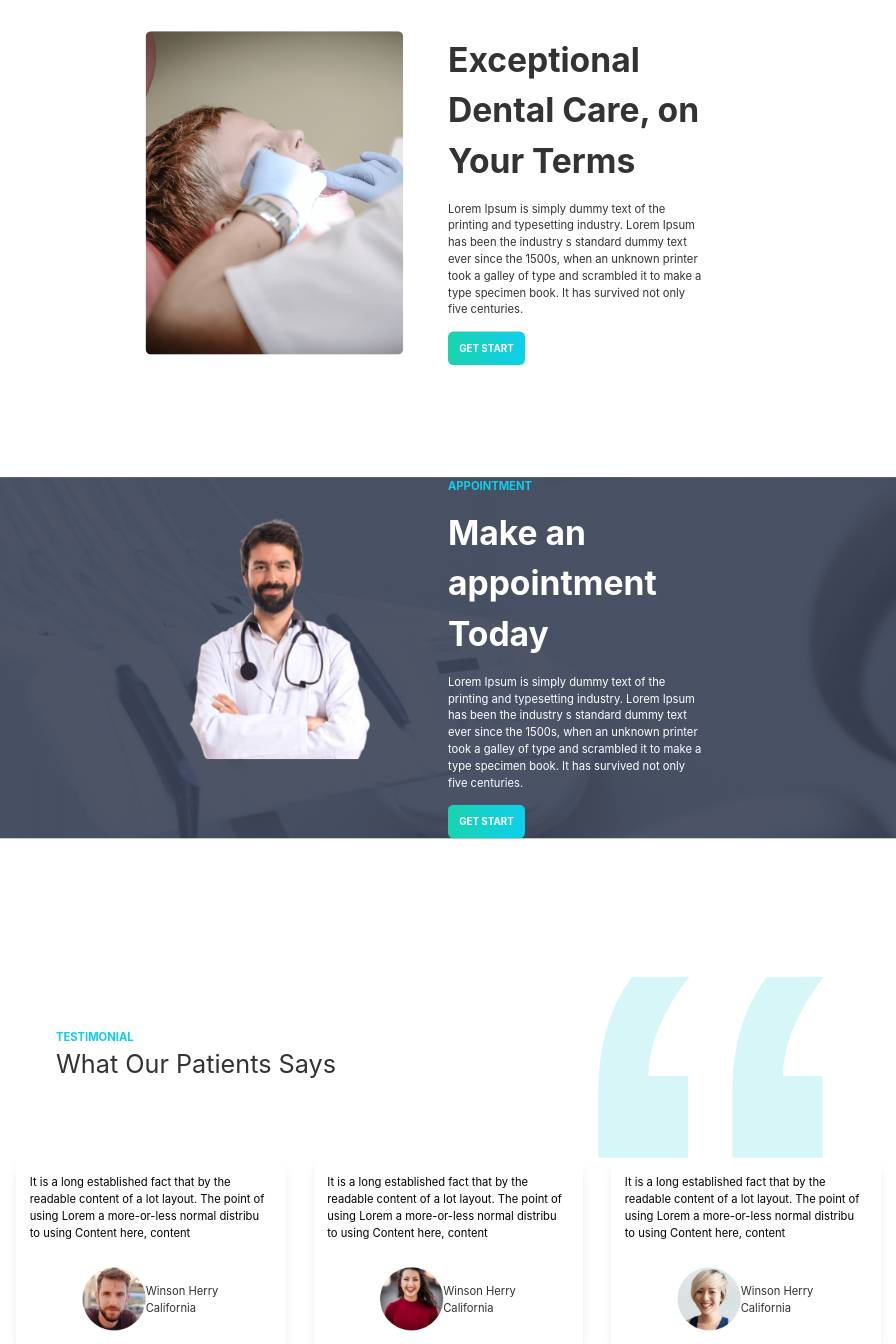
Repository: shikubro90/doctorsportal
Page: /
The author's editor kept a copy of each file at every save. The page is drawn from the files as they stood at one save, then again after a run of saves.
The browser window is 1280 px wide. The pictures show the part of the page from y = 1762 to 3682 px (the page is 3682 px tall), at 70% of full size.
The project was rebuilt for these pictures with package versions that can differ from the ones it lists, and the page was loaded fresh each time. Also part of the build but not shown: src/App.css, src/Pages/About/About.jsx.

Above is the page before, as saved 2022-10-02 10:10:02.

After the next 2 saves:
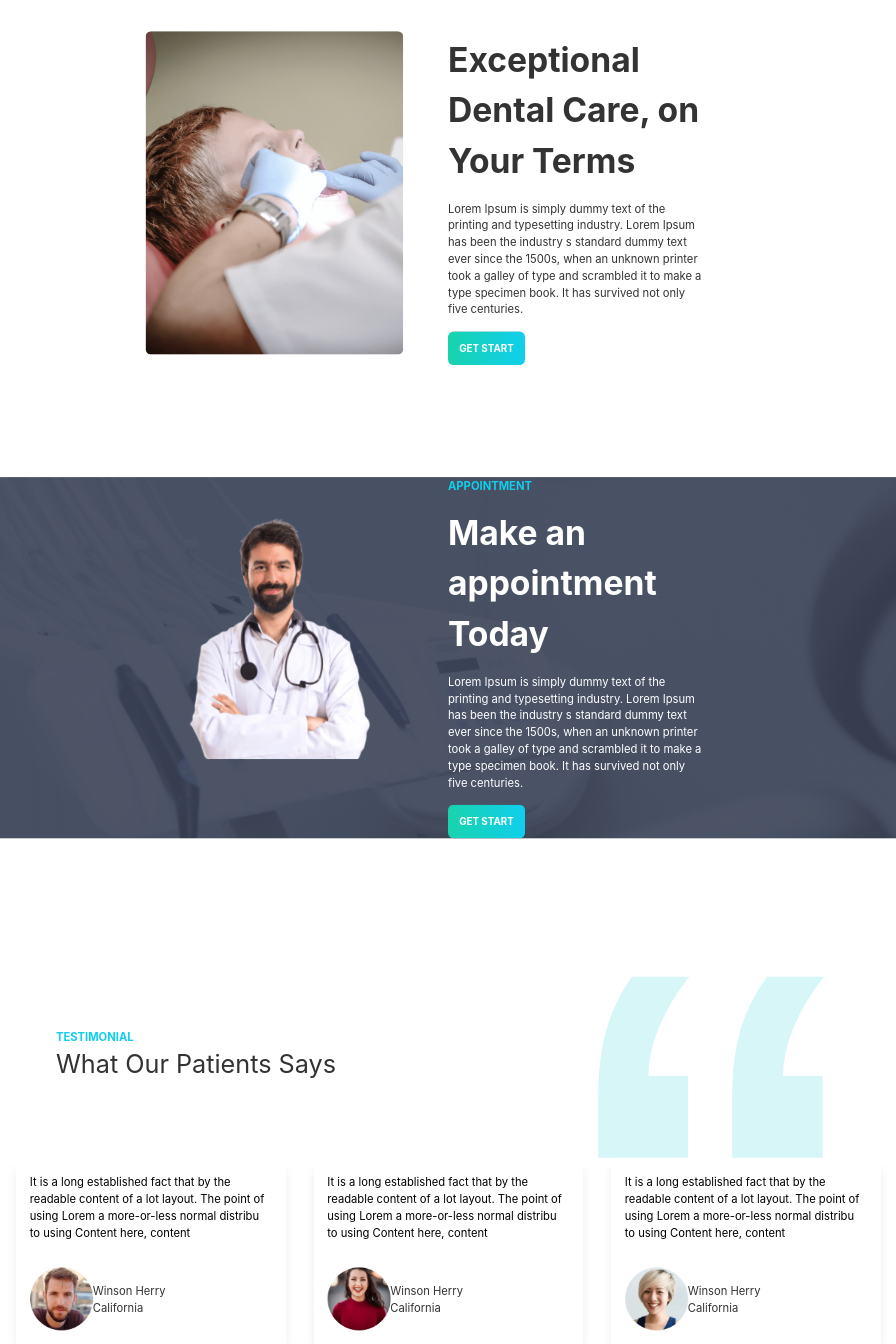
The 2 saves are shown as one change because they came seconds apart.
The last was saved 7 s later.
--- a/src/Pages/Home/TestimonialCard.jsx
+++ b/src/Pages/Home/TestimonialCard.jsx
@@ -8,7 +8,7 @@ const TestimonialCard = (props) => {
             <div className="desc">
                 <p className='text-black'>{desc}</p>
             </div>
-            <div className="bio flex items-center justify-center">
+            <div className="bio flex items-center">
                 <img src={image} alt="" />
                 <div className="info">
                     <h4>{name}</h4>
